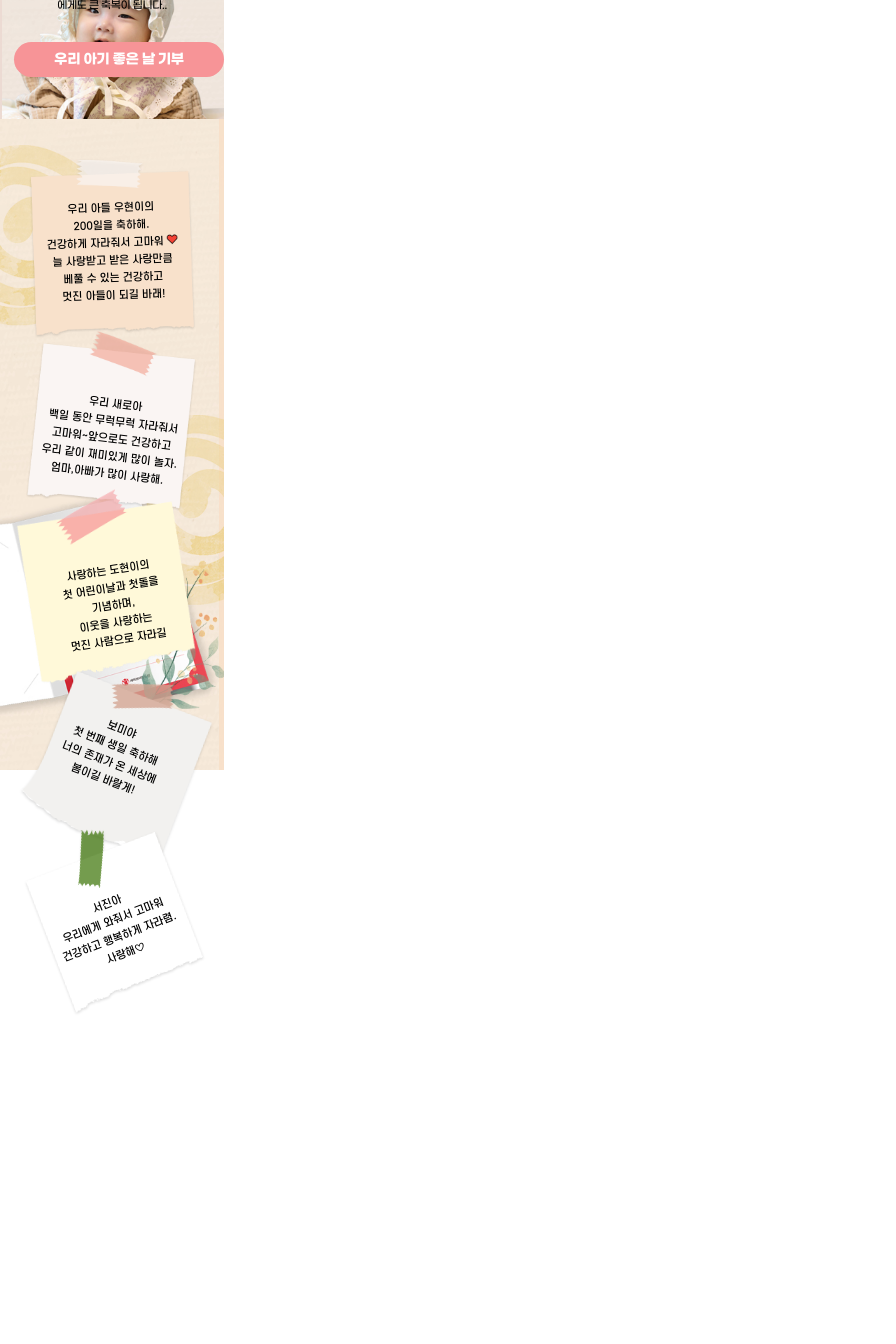
Repository: dlgywls1130/save_the_m320
Page: index.html
An editor plug-in stored every save of this project. The page is shown before and after the next save, followed by the edit.
The browser window is 1280 px wide. The pictures show the part of the page from y = 830 to 2750 px (the page is 10040 px tall), at 70% of full size.

Above is the page before, as saved 2023-12-21 01:13:34.

After the next save:
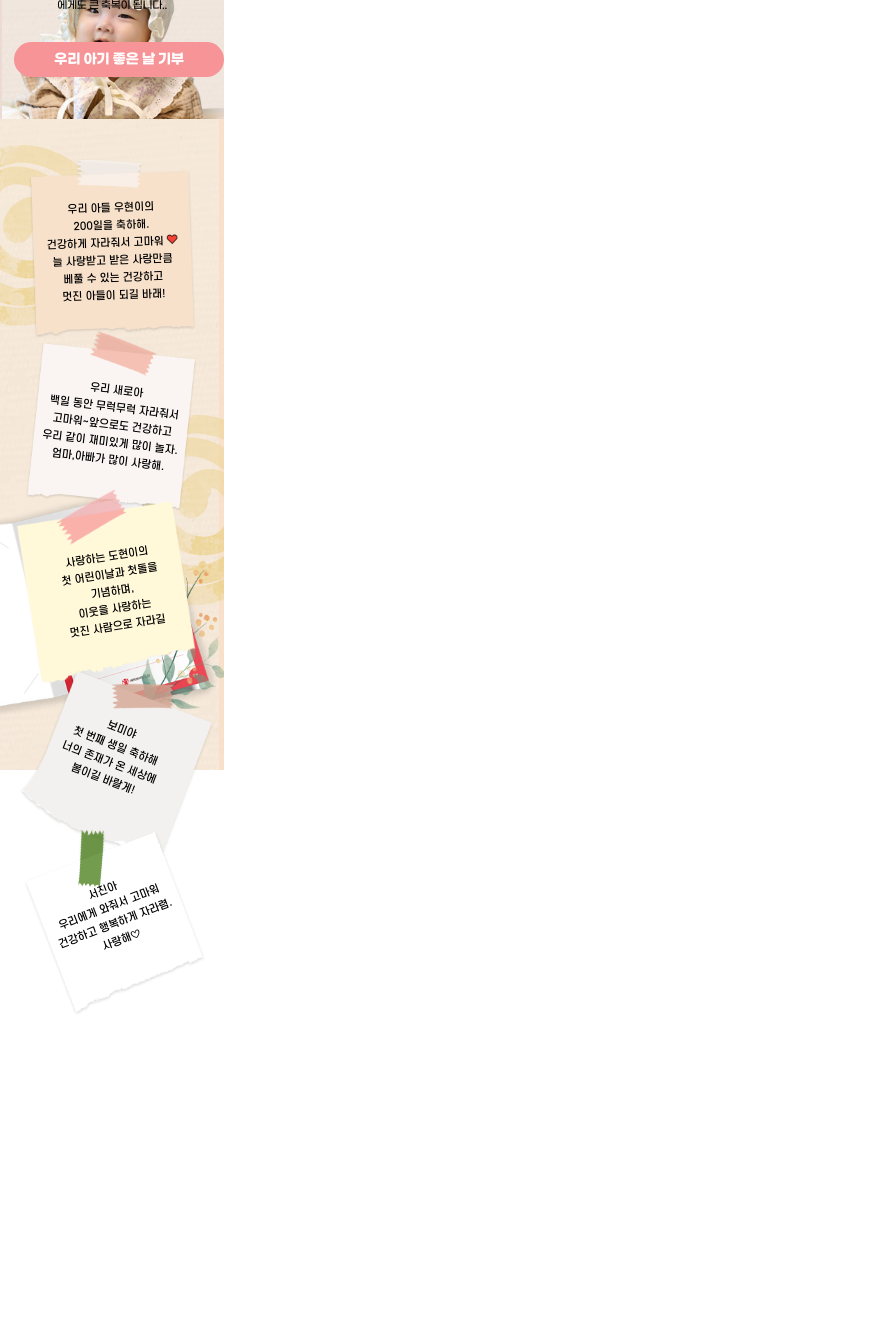
Saved 9 s later.
--- a/css/style.css
+++ b/css/style.css
@@ -301,7 +301,6 @@
 
 .postit02 p{
     transform: rotate(7deg);
-    padding-top: 20px;
 }
 
 .postit03{
@@ -316,7 +315,6 @@
 
 .postit03 p{
     transform: rotate(-7deg);
-    padding-top: 20px;
 }
 
 .postit04{
@@ -344,7 +342,6 @@
 
 .postit05 p{
     transform: rotate(-9deg);
-    padding-top: 20px;
 }
 
 /* section03 */
